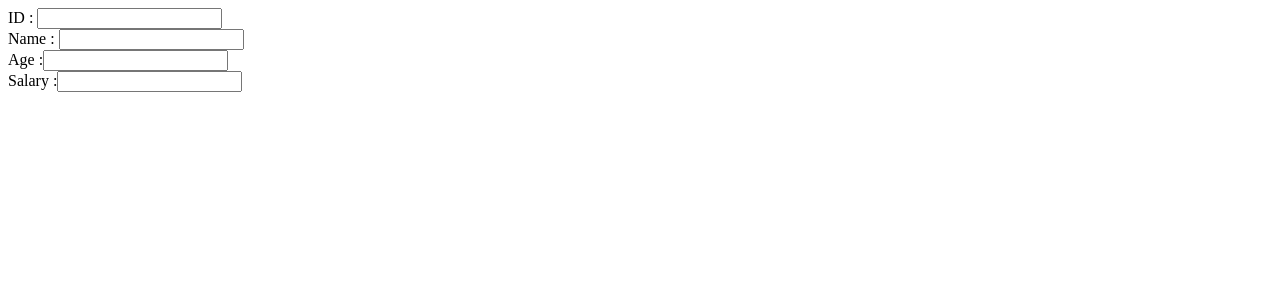
Repository: Thaneshwara848/JSP_Demo
Page: WebDemo1/src/main/webapp/Register.html
These files come from the project's save history. The page is drawn as it stood at one moment and after the next save; the edit follows.
The browser window is 1280 px wide. The pictures show the whole page.

Above is the page before, as saved 2022-08-05 16:56:06.

After the next save:
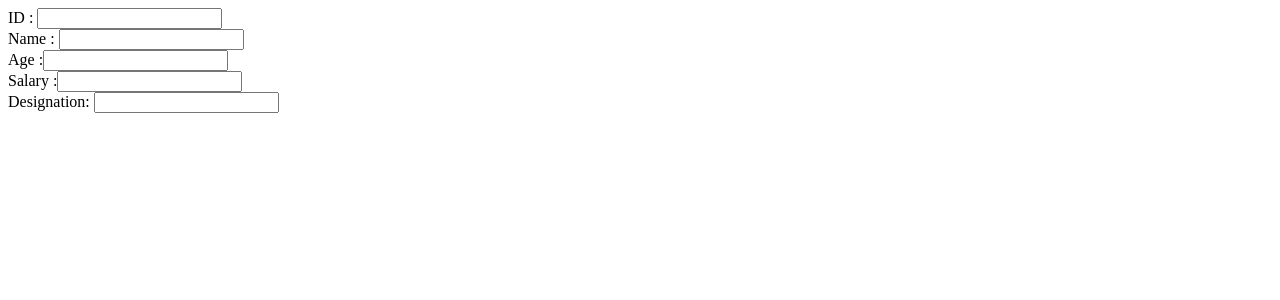
Saved 25 s later.
--- a/WebDemo1/src/main/webapp/Register.html
+++ b/WebDemo1/src/main/webapp/Register.html
@@ -10,7 +10,8 @@
 	ID : <input type="text" name="uid"><br>
 	Name : <input type="text" name="uname"><br>
 	Age :<input type="text" name="uage"><br>
-	Salary  :<input type="text" name="usalary">
+	Salary  :<input type="text" name="usalary"><br>
+	Designation: <input type="text" name="udesig">
 
 
 </form>
